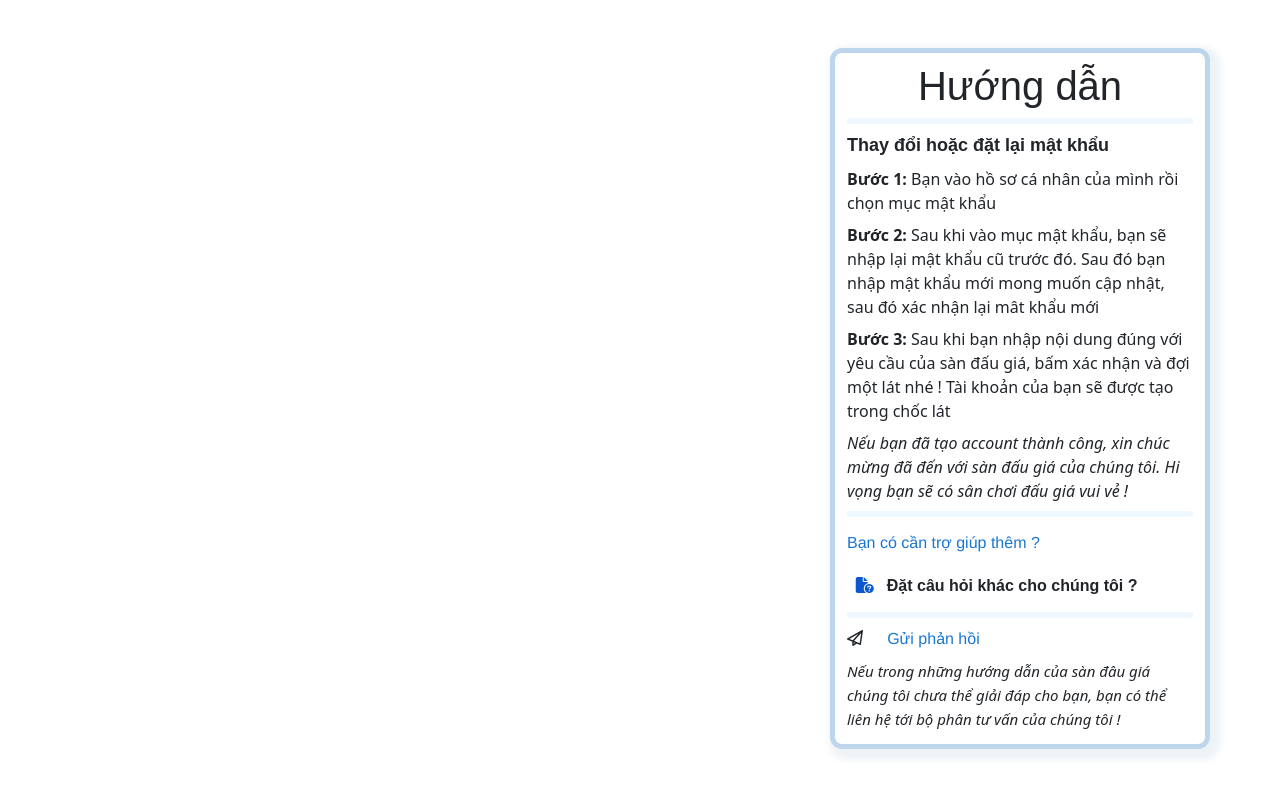
Repository: SonPhamThe/C0622G1-module5
Page: prototype--module6/guides/guide2.html
These files come from the project's save history. The page is drawn as it stood at one moment and after the next save; the edit follows.
The browser window is 1280 px wide. The pictures show the whole page.
Some web libraries are served in a nearby version.

Above is the page before, as saved 2022-12-07 15:28:55.

After the next save:
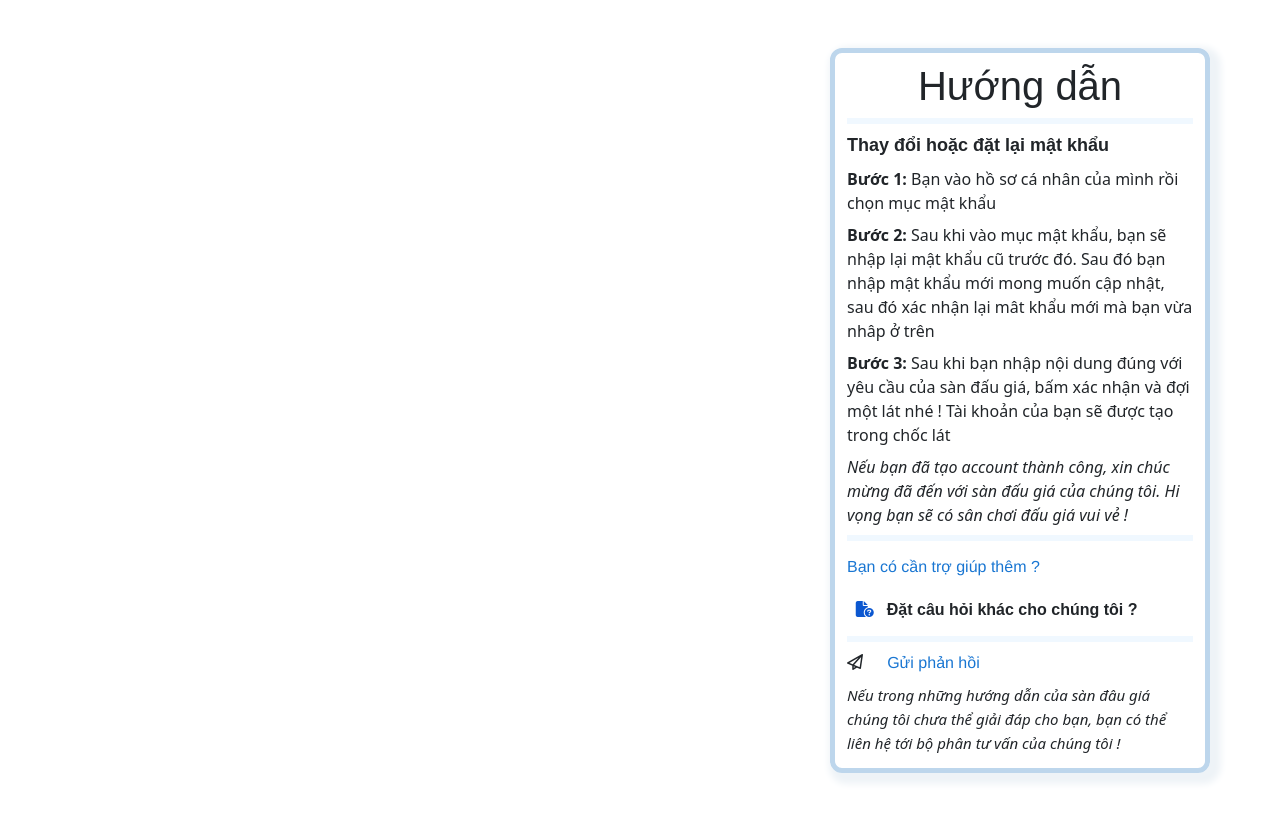
Saved 6 s later.
--- a/prototype--module6/guides/guide2.html
+++ b/prototype--module6/guides/guide2.html
@@ -68,7 +68,7 @@
               <span>
                 <strong>Bước 2: </strong>
                 Sau khi vào mục mật khẩu, bạn sẽ nhập lại mật khẩu cũ trước đó.
-                Sau đó bạn nhập mật khẩu mới mong muốn cập nhật, sau đó xác nhận lại mât khẩu mới
+                Sau đó bạn nhập mật khẩu mới mong muốn cập nhật, sau đó xác nhận lại mât khẩu mới mà bạn vừa nhâp ở trên
               </span>
             </div>
             <div class="mb-2">
